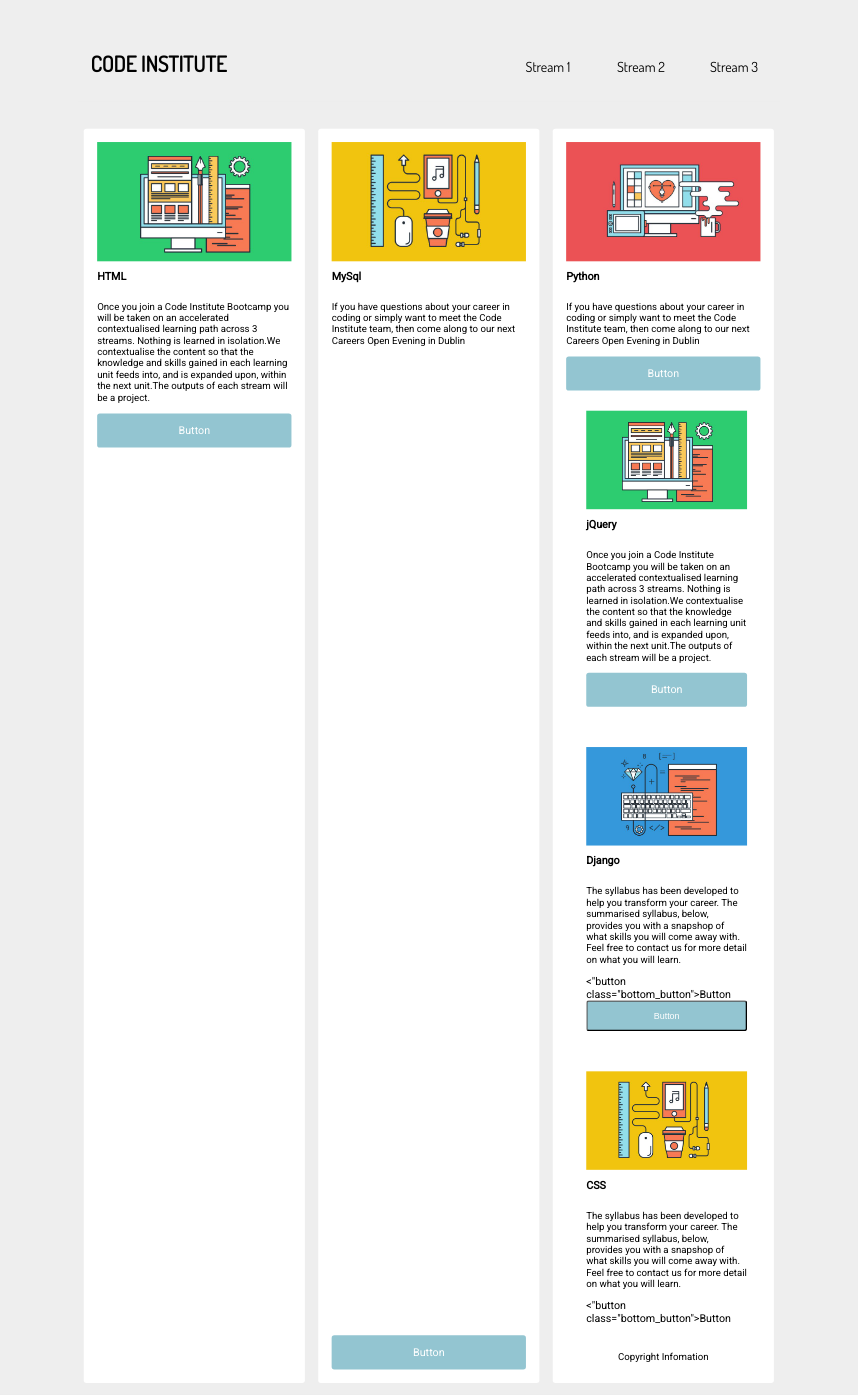
Repository: SOliv1/jquery-events
Page: index.html
The author's editor kept a record of every edit. The page is drawn from the files as they stood at one moment, then again after the next edit.
The browser window is 1280 px wide. The pictures show the whole page, at 67% of full size.
Some web libraries are served in a nearby version.

Above is the page before.

### index.html
<!DOCTYPE html>
<html lang="en">
<head>
    <meta charset="UTF-8">
    <meta name="viewport" content="width=device-width, initial-scale=1">
    <title>jQuery</title>
    <link href="style.css" rel="stylesheet">
    <link href='https://fonts.googleapis.com/css?family=Roboto' rel='stylesheet' type='text/css'>
    <link href='https://fonts.googleapis.com/css?family=Dosis' rel='stylesheet' type='text/css'>
    </head>
<body>
    <div id="container">
        <nav>
            <ul>
                <li id="logoNav">CODE INSTITUTE</li>
                <li id="stream1_btn">Stream 1</li>
                <li id="stream2_btn">Stream 2</li>
                <li id="stream3_btn">Stream 3</li>
            </ul>
        </nav>
        <div class="card stream1">
            <img class="card_image" src="img/3.png" alt="coding icon">
            <div class="card_bottom">
                <h2 class="card_head">HTML</h2>
                <p class="card_para">Once you join a Code Institute Bootcamp you will be taken on an accelerated contextualised learning path across 3 streams. Nothing is learned in isolation.We contextualise the content so that the knowledge and skills gained in each learning
                    unit feeds into, and is expanded upon, within the next unit.The outputs of each stream will be a project. </p>
                <a href="btn" class="bottom_button">Button</a>
            </div>
        </div>
        <div class="card stream3">
            <img class="card_image" src="img/1.png" alt="coding icon">
            <h2 class="card_head">MySql</h2>
            <p class="card_para">If you have questions about your career in coding or simply want to meet the Code Institute team, then come along to our next Careers Open Evening in Dublin</p>
            <a href="btn" class="bottom_button">Button</a>
            </div>
        <div class="card stream2">
            <img class="card_image" src="img/2.png" alt="coding icon">
            <h2 class="card_head">Python</h2>
            <p class="card_para">If you have questions about your career in coding or simply want to meet the Code Institute team, then come along to our next Careers Open Evening in Dublin</p>
            <a href="" class="bottom_button">Button</a>
        <div class="card stream1">
            <img class="card_image" src="img/3.png" alt="coding icon">
            <div class="card_bottom">
                <h2 class="card_head">jQuery</h2>
                <p class="card_para">Once you join a Code Institute Bootcamp you will be taken on an accelerated contextualised learning path across 3 streams. Nothing is learned in isolation.We contextualise the content so that the knowledge and skills gained in each learning
                    unit feeds into, and is expanded upon, within the next unit.The outputs of each stream will be a project. </p>
                <a href="btn" class="bottom_button">Button</a>
            </div>
        </div>
        <div class="card stream3">
            <img class="card_image" src="img/4.png" alt="coding icon">
            <h2 class="card_head">Django</h2>
            <p class="card_para">The syllabus has been developed to help you transform your career. The summarised syllabus, below, provides you with a snapshop of what skills you will come away with. Feel free to contact us for more detail on what you will learn.</p>
            <"button class="bottom_button">Button</>
            <button class="bottom_button" id="button_effects1">Button</button>
        </div>
        <div class="card stream1">
            <img class="card_image" src="img/1.png" alt="coding icon">
            <h2 class="card_head">CSS</h2>
            <p class="card_para">The syllabus has been developed to help you transform your career. The summarised syllabus, below, provides you with a snapshop of what skills you will come away with. Feel free to contact us for more detail on what you will learn.</p>
            <"button class="bottom_button">Button</>
        </div>
        <div id="my_footer">
            <p id="copyright">Copyright Infomation</p>
        </div>
    </div>
    <script src="https://code.jquery.com/jquery-3.2.1.js" integrity="sha256-DZAnKJ/6XZ9si04Hgrsxu/8s717jcIzLy3oi35EouyE=" crossorigin="anonymous"></script>
    <script src="script.js"></script>
    <!-- Scripts located at the bottom of the body to insure page is fully loaded before execution -->
</body>
</html>

### style.css
body {
	font-family: 'Roboto', sans-serif;
	/*background-image: url(img/code-institute.jpg);
 	background-size: cover;
 	color: #ffffff;*/
 	background-color: #eee;

}

h1{
	font-size: 3em;
	text-align: center;
}

h2 {
	font-size: 1em;
	text-align: left;

}



p {
	font-size: .9rem;
}



div {
	border-radius: 4px;
}

.card_image {
	width: 100%;

}

.bottom_button {
	display: flex;
	box-sizing:border-box;
	border-radius: 4px;
	display: block;
	width: 100%;
	background-color:rgba(129, 187, 201,.85);
	text-align: center;
	padding: 1em .75em;
	text-decoration: none;
	color: #fff;

}

.card_bottom {
	display: flex;
	flex-flow:column;
}

.card_head {
	flex:0;
}



.card_para {

	flex:1 0 auto;

}

#container {
	display: flex;		/* makes container a flexbox*/
	flex-flow: row wrap; 	/* layout the boxes in rows and wrap them*/
	box-sizing:border-box;
	margin-right:auto;
	margin-left:auto;
	max-width:1050px;
}

#logo {
	width: 800px;
	margin: auto;
}



.card {

	flex:1; /* */

	display: flex;	/* make the contents controllable by flexbox*/
	flex-flow:column;	/* */
	min-width: 240px; /**/
	margin: 10px;
	padding: 20px;
	background-color: #fff;
}

.highlight_stream {
	background-color: #EB5255;
}

#my_footer {
	width:100%;
	text-align: center;
}



#copyright {
	margin-top:10px;
	margin-bottom:10px;

}

/*************************

Navigation

**************************/

nav {

	font-family: roboto;
	background-color: #eee;
	margin: 30px auto;
	width: 100%;
}

ul {

	display: flex;

	justify-content:space-between;

	flex-flow: row;

	/*flex-flow: row-reverse;*/
	/*justify-content:flex-end;*/
	/*justify-content:space-around;*/
	/*align-items:flex-start;*/
	align-items:baseline;
	border-radius: 10px;
	list-style-type: none; /*Remove Bullets*/
	padding: 0;

}

li {
	flex:1;
	height: 30px;
	/*width:10%;*/
	/*border:2px solid #000;*/
	/*background-color: #81BBC9;*/
	/*border-radius: 10px;*/
	font-family: Dosis;
	padding:20px 20px 20px 20px;
	text-align: center;
	font-size: 1.3em;
}

#logoNav {
	flex:6;
	text-align: left;
	font-size: 2em;
	font-weight: bold;
}

.underline {
    text-decoration:underline;

}



.border {

    border: solid 5px #ccc;

}

@media screen and (max-width: 700px) {
	ul {
		flex-flow: column;
		align-items:center;
    }
	li {
		font-size: 2em;
	}

}

### script.js
$(document).ready(function() {
    -$("#stream1_btn").on("click", function() {
        $(".stream1").show();
        $(".stream1").show(1000);
        $("#button_effects1").click(function(){
        $('#button_effects1').hide('slow');
    });
 });

   $("#stream2_btn").on("click", function() {
        $(".stream1").removeClass('highlight_stream');
        $(".stream2").removeClass('highlight_stream');
        $(".stream3").removeClass('highlight_stream');
        $(".stream2").addClass('highlight_stream');
   });

    $("#stream3_btn").on("click", function() {
        $(".stream1").removeClass('highlight_stream');
        $(".stream2").removeClass('highlight_stream');
        $(".stream3").removeClass('highlight_stream');
        $(".stream3").addClass('highlight_stream');
    });
});

    $(document).ready(function() {
    $("#button_effects1").click(function(){
        $('#par1').toggle('1000');
    });
    $("#button_effects2").click(function(){
        $('#par2').toggle('1000');
    });
    $("#button_effects3").click(function(){
        $('#par3').toggle('1000');
    });
    $("#button_effects4").click(function(){
        $('#par4').toggle('1000');
    });
    $("#button_effects5").click(function(){
        $('#par5').toggle('1000');
    });
    $("#button_effects6").click(function(){
        $('#par6').toggle('1000');
    });
});

    $(document).ready(function() {
    // Create the slideToggle effects each of the paragraphs and
    // buttons
    $("#button_effects1").click(function(){
        $('#par1').slideToggle('1000');
    });
    $("#button_effects2").click(function(){
        $('#par2').slideToggle('1000');
    });
    $("#button_effects3").click(function(){
        $('#par3').slideToggle('1000');
    });
    $("#button_effects4").click(function(){
        $('#par4').slideToggle('1000');
    });
    $("#button_effects5").click(function(){
        $('#par5').slideToggle('1000');
    });
    $("#button_effects6").click(function(){
        $('#par6').slideToggle('1000');
    });
});

// Use the fadeTo effect when the mouse hovers over a specific button
    // and fadeTo again when the mouse is no longer hovering over the button

    $("#button_effects1").mouseenter(function(){
        $('#button_effects1').fadeTo(1000, 0.5);
    });
    $("#button_effects1").mouseleave(function(){
        $('#button_effects1').fadeTo(1000, 1);
    });
    $("#button_effects2").mouseenter(function(){
        $('#button_effects2').fadeTo(1000, 0.5);
    });
    $("#button_effects2").mouseleave(function(){
        $('#button_effects2').fadeTo(1000, 1);
    });
    $("#button_effects3").mouseenter(function(){
        $('#button_effects3').fadeTo(1000, 0.5);
    });
    $("#button_effects3").mouseleave(function(){
        $('#button_effects3').fadeTo(1000, 1);
    });
    $("#button_effects4").mouseenter(function(){
        $('#button_effects4').fadeTo(1000, 0.5);
    });
    $("#button_effects4").mouseleave(function(){
        $('#button_effects4').fadeTo(1000, 1);
    });
    $("#button_effects5").mouseenter(function(){
        $('#button_effects5').fadeTo(1000, 0.5);
    });
    $("#button_effects5").mouseleave(function(){
        $('#button_effects5').fadeTo(1000, 1);
    });
    $("#button_effects6").mouseenter(function(){
        $('#button_effects6').fadeTo(1000, 0.5);
    });
    $("#button_effects6").mouseleave(function(){
        $('#button_effects6').fadeTo(1000, 1);
    });
//waits until page is loaded first

    $(document).ready(function(){
    //applies colour red to paragraphs when clicked on
    $("p").click(function(){
        $("p").addClass("highlight_text");
    });
});

//will add lightblue to h2 elements

    $("h2").hover(function(){
        $("h2").addClass( "h2_color");
    });

    /*
    this will apply larger font size to the active h2 element
    by adding the h2_font_size class but
    not the other h2 elements by removing class h2_font_size from them
    */

    $("#hr_html").hover(function(){
        $("#hr_mysql").removeClass("h2_font_size");
        $("#hr_python").removeClass("h2_font_size");
        $("#hr_jquery").removeClass("h2_font_size");
        $("#hr_django").removeClass("h2_font_size");
        $("#hr_css").removeClass("h2_font_size");
        $("#hr_mysql").removeClass("h2_font_size");
        $("#hr_html").addClass("h2_font_size");
    });

    $("#hr_css").hover(function(){
        $("#hr_mysql").removeClass("h2_font_size");
        $("#hr_python").removeClass("h2_font_size");
        $("#hr_jquery").removeClass("h2_font_size");
        $("#hr_django").removeClass("h2_font_size");
        $("#hr_html").removeClass("h2_font_size");
        $("#hr_css").addClass("h2_font_size");
    });


    //applies colour black to body background when mouse enters over buttons


    $(".bottom_button").mouseenter(function(){
        $("body").css( "background-color", "black");
    });

    //applies colour grey to body background when mouse leaves buttons

    $(".bottom_button").mouseleave(function(){
        $("body").css( "background-color", "#eee");
    });

After the next edit:
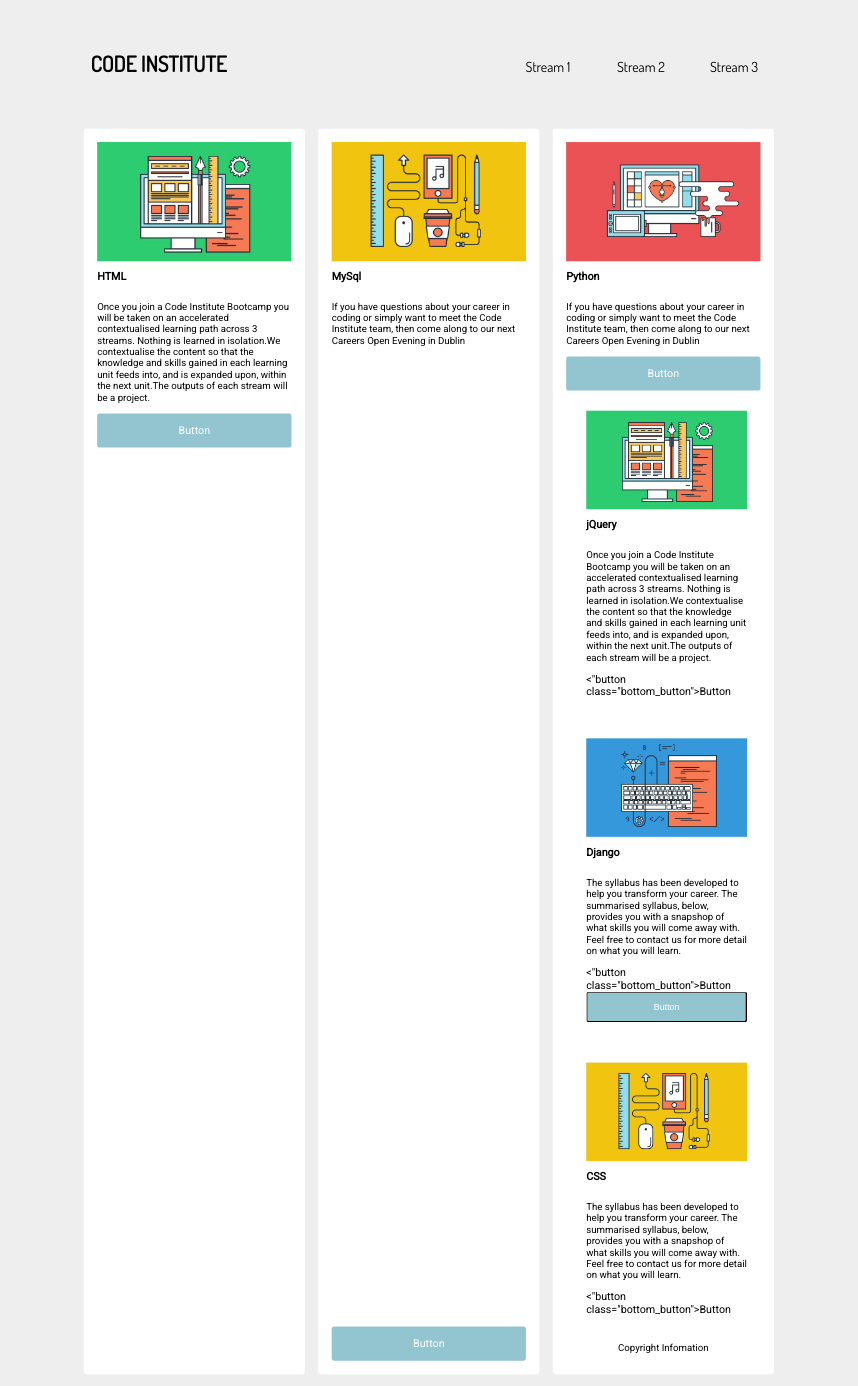
The edit:
--- a/index.html
+++ b/index.html
@@ -44,7 +44,7 @@
                 <h2 class="card_head">jQuery</h2>
                 <p class="card_para">Once you join a Code Institute Bootcamp you will be taken on an accelerated contextualised learning path across 3 streams. Nothing is learned in isolation.We contextualise the content so that the knowledge and skills gained in each learning
                     unit feeds into, and is expanded upon, within the next unit.The outputs of each stream will be a project. </p>
-                <a href="btn" class="bottom_button">Button</a>
+                <"button class="bottom_button">Button</>
             </div>
         </div>
         <div class="card stream3">
